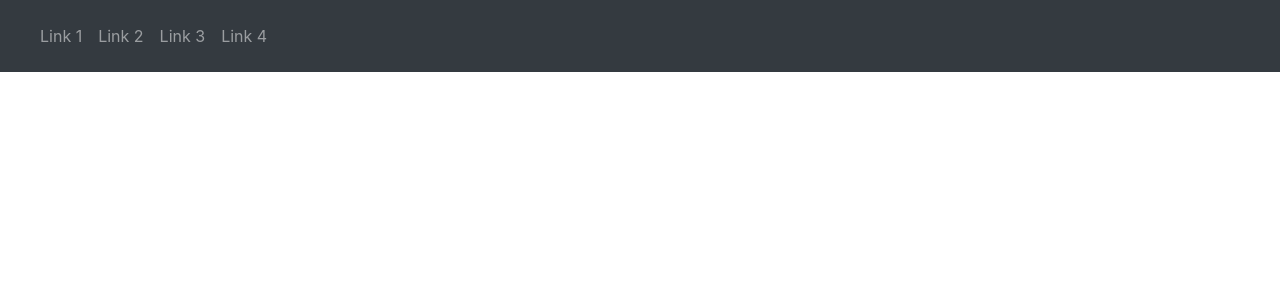
Repository: djzaragoza/bzbeemama
Page: index.html
The author's editor kept a copy of each file at every save. The page is drawn from the files as they stood at one save, then again after a run of saves.
The browser window is 1280 px wide. The pictures show the whole page.
Some web libraries are served in a nearby version.

Above is the page before, as saved 2020-04-06 07:13:13.

After the next 3 saves:
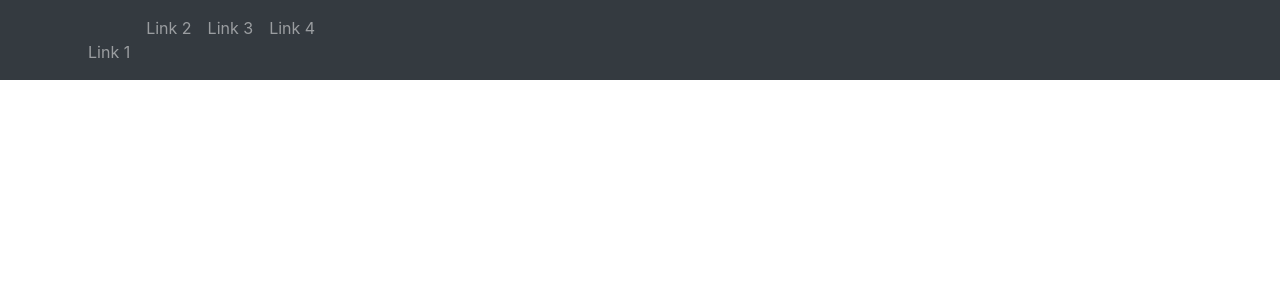
The 3 saves are shown as one change because they came seconds apart.
The last was saved 11 s later.
--- a/index.html
+++ b/index.html
@@ -15,6 +15,7 @@
         <!-- bg-priary, bg-success, bg-warning, bg-info, and bg-danger-->
         <nav class="navbar navbar-expand-md navbar-dark bg-dark">
 
+            <a class="navbar-brand">
             <span class="navbar navbar-expand-md navbar-dark bg-dark">
 
 
